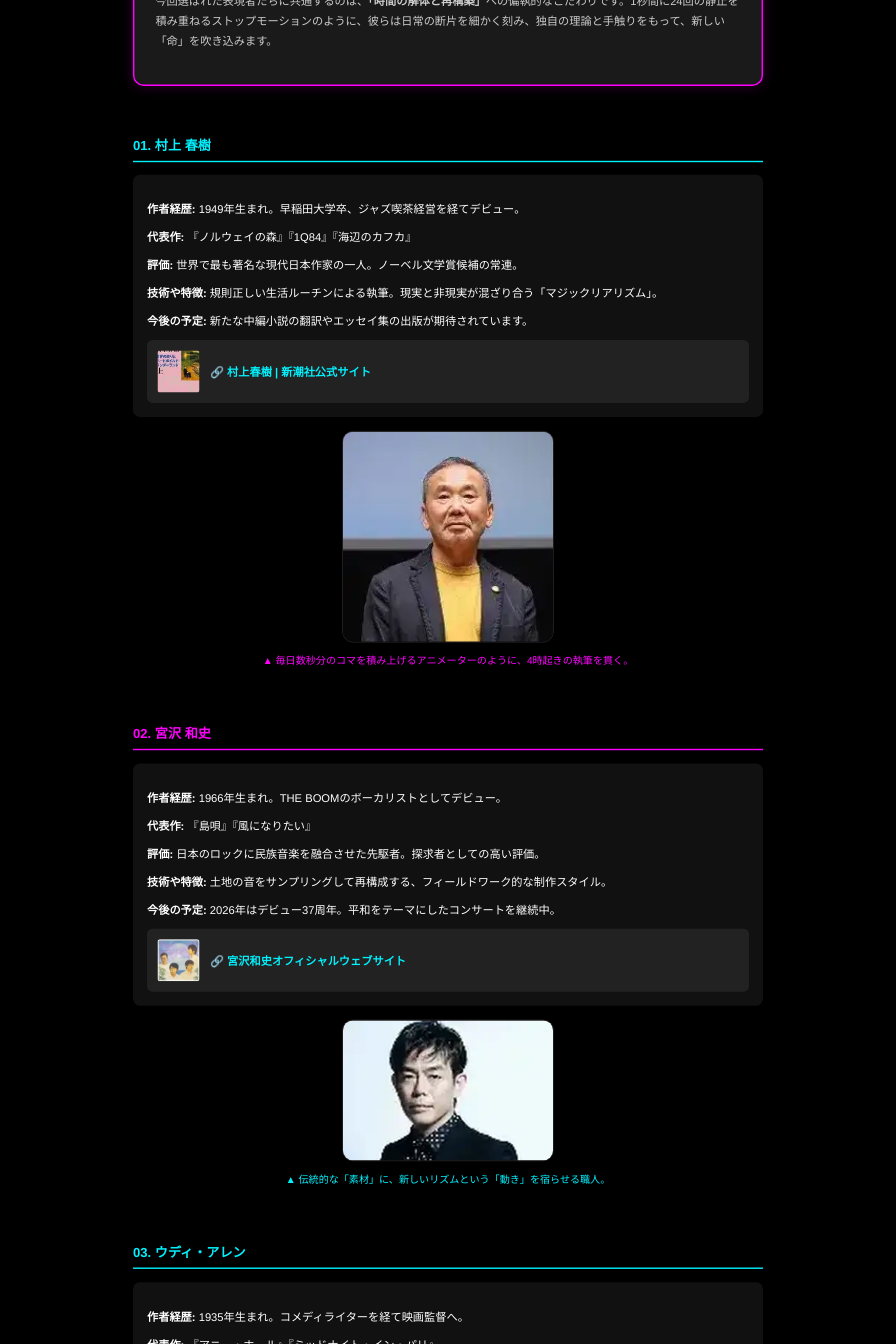
Repository: hamagoro/my-animation-site
Page: episodes/vol12.html
An editor plug-in stored every save of this project. The page is shown before and after the next save, followed by the edit.
The browser window is 1280 px wide. The pictures show the part of the page from y = 1064 to 2984 px (the page is 8245 px tall before and 8649 px after), at 70% of full size.

Above is the page before, as saved 2026-02-01 08:39:00.

### episodes/vol12.html
<!DOCTYPE html>
<html lang="ja">
<head>
    <meta charset="UTF-8">
    <meta name="viewport" content="width=device-width, initial-scale=1.0">

    <meta property="og:title" content="vol.12 ストップモーションの精神と通じる表現者たち">
    <meta property="og:description" content="村上春樹から村田沙也加まで。物質を刻み、命を偽造する『職人』たちの共通点。">
    <meta property="og:type" content="article">
    <meta property="og:url" content="https://hamagoro.github.io/my-animation-site/episodes/vol12.html">
    <meta property="og:image" content="https://hamagoro.github.io/my-animation-site/images/vol12/main-visual.webp">
    <meta property="og:site_name" content="ストップモーションアニメ通信">
    <link rel="icon" href="../images/logo2.webp" type="image/webp">

    <title>vol.12 表現者たちのコマ撮り精神 - ストップモーションアニメ通信</title>
    <link rel="stylesheet" href="../style.css">
</head>
<body style="background-color: #000; color: #fff;">

    <header class="main-header">
        <img src="../images/logo.webp" alt="The Animeda! Project" class="header-logo">
        <h1 class="header-title">ストップモーションアニメ通信</h1>
        <p class="header-subtitle">物質と魂が交差する、1fpsのアーカイブ</p>
    </header>

    <nav style="padding: 10px; display: flex; justify-content: space-between; font-weight: bold; max-width: 900px; margin: 0 auto; border-bottom: 1px solid #333; font-size: 0.8rem;">
        <a href="../index.html" style="color: #00f2ff; text-decoration: none;">← BACK TO INDEX</a>
        <div>
            <a href="vol11.html" style="color: #ff00ff; text-decoration: none; margin-right: 10px; white-space: nowrap;">← 前のVol.11へ</a>
            <a href="vol13.html" style="color: #ff00ff; text-decoration: none; white-space: nowrap;">次のVol.13へ →</a>
        </div>
    </nav>

    <article class="episode-container" style="max-width: 900px; margin: 0 auto; padding: 40px; text-align: left;">

        <header class="episode-header" style="margin-bottom: 60px;">
            <p style="color: #ff00ff; margin-bottom: 5px; font-weight: bold;">Vol.12 / The Creators' Spirit Special</p>
            <h2 style="font-size: 2.5rem; border-left: 8px solid #00f2ff; padding-left: 20px; line-height: 1.2; text-shadow: 0 0 10px rgba(0,242,255,0.5);">
                ストップモーションの精神と<br>通じる表現者たち
            </h2>
            <p class="date" style="margin-top: 15px; color: #888;">2026.01.25 UP</p>
        </header>

    <div style="margin-bottom: 40px; padding: 20px; background: #111; border-radius: 10px; font-size: 0.9rem; color: #ccc; line-height: 1.6; border: 1px solid #00f2ff;">
        <p style="margin: 0;"><strong>収録人物：</strong><br>
        【日本】村上春樹、宮沢和史、の子、マキシマムザ亮君、平田オリザ、宇多丸<br>
        【アメリカ】ウディ・アレン</p>
    </div>

        <section class="top-link-area" style="margin-bottom: 70px; padding: 30px; background: #1a1a1a; border-radius: 15px; border: 2px solid #ff00ff; box-shadow: 0 0 20px rgba(255, 0, 255, 0.2);">
            <h3 style="color: #ff00ff; margin-top: 0;">🤖 Gemini Analysis：共通する「コマ撮り」的狂気</h3>
            <p style="line-height: 1.8; color: #ccc;">
                今回選ばれた表現者たちに共通するのは、<strong>「時間の解体と再構築」</strong>への偏執的なこだわりです。1秒間に24回の静止を積み重ねるストップモーションのように、彼らは日常の断片を細かく刻み、独自の理論と手触りをもって、新しい「命」を吹き込みます。
            </p>
        </section>

        <section style="margin-bottom: 80px;">
            <h3 style="color: #00f2ff; border-bottom: 2px solid #00f2ff; padding-bottom: 10px;">01. 村上 春樹</h3>
            <div style="background: #111; padding: 20px; border-radius: 10px; margin-bottom: 20px;">
                <p><strong>作者経歴:</strong> 1949年生まれ。早稲田大学卒、ジャズ喫茶経営を経てデビュー。</p>
                <p><strong>代表作:</strong> 『ノルウェイの森』『1Q84』『海辺のカフカ』</p>
                <p><strong>評価:</strong> 世界で最も著名な現代日本作家の一人。ノーベル文学賞候補の常連。</p>
                <p><strong>技術や特徴:</strong> 規則正しい生活ルーチンによる執筆。現実と非現実が混ざり合う「マジックリアリズム」。</p>
                <p><strong>今後の予定:</strong> 新たな中編小説の翻訳やエッセイ集の出版が期待されています。</p>
                <a href="https://www.shinchosha.co.jp/harukimurakami/" target="_blank" style="display: flex; align-items: center; gap: 15px; text-decoration: none; background: #222; padding: 15px; border-radius: 8px; margin-top: 15px;">
                    <img src="../images/vol12/murakami1.webp" alt="thumb" style="width: 60px; height: 60px; object-fit: cover; border-radius: 4px;">
                    <span style="color: #00f2ff; font-weight: bold;">🔗 村上春樹 | 新潮社公式サイト</span>
                </a>
            </div>
            <div style="text-align: center;">
                <a href="https://www.shinchosha.co.jp/harukimurakami/" target="_blank">
                    <img src="../images/vol12/murakami.webp" alt="Haruki Murakami" style="width: 100%; max-width: 300px; border-radius: 15px; border: 1px solid #333;">
                </a>
                <p style="font-size: 0.9rem; color: #ff00ff; margin-top: 10px;">▲ 毎日数秒分のコマを積み上げるアニメーターのように、4時起きの執筆を貫く。</p>
            </div>
        </section>

        <section style="margin-bottom: 80px;">
            <h3 style="color: #ff00ff; border-bottom: 2px solid #ff00ff; padding-bottom: 10px;">02. 宮沢 和史</h3>
            <div style="background: #111; padding: 20px; border-radius: 10px; margin-bottom: 20px;">
                <p><strong>作者経歴:</strong> 1966年生まれ。THE BOOMのボーカリストとしてデビュー。</p>
                <p><strong>代表作:</strong> 『島唄』『風になりたい』</p>
                <p><strong>評価:</strong> 日本のロックに民族音楽を融合させた先駆者。探求者としての高い評価。</p>
                <p><strong>技術や特徴:</strong> 土地の音をサンプリングして再構成する、フィールドワーク的な制作スタイル。</p>
                <p><strong>今後の予定:</strong> 2026年はデビュー37周年。平和をテーマにしたコンサートを継続中。</p>
                <a href="https://www.miyazawa-kazufumi.jp/" target="_blank" style="display: flex; align-items: center; gap: 15px; text-decoration: none; background: #222; padding: 15px; border-radius: 8px; margin-top: 15px;">
                    <img src="../images/vol12/miyazawa1.webp" alt="thumb" style="width: 60px; height: 60px; object-fit: cover; border-radius: 4px;">
                    <span style="color: #00f2ff; font-weight: bold;">🔗 宮沢和史オフィシャルウェブサイト</span>
                </a>
            </div>
            <div style="text-align: center;">
                <a href="https://www.miyazawa-kazufumi.jp/" target="_blank">
                    <img src="../images/vol12/miyazawa.webp" alt="Kazufumi Miyazawa" style="width: 100%; max-width: 300px; border-radius: 15px; border: 1px solid #333;">
                </a>
                <p style="font-size: 0.9rem; color: #00f2ff; margin-top: 10px;">▲ 伝統的な「素材」に、新しいリズムという「動き」を宿らせる職人。</p>
            </div>
        </section>

        <section style="margin-bottom: 80px;">
            <h3 style="color: #00f2ff; border-bottom: 2px solid #00f2ff; padding-bottom: 10px;">03. ウディ・アレン</h3>
            <div style="background: #111; padding: 20px; border-radius: 10px; margin-bottom: 20px;">
                <p><strong>作者経歴:</strong> 1935年生まれ。コメディライターを経て映画監督へ。</p>
                <p><strong>代表作:</strong> 『アニー・ホール』『ミッドナイト・イン・パリ』</p>
                <p><strong>評価:</strong> 知的なユーモアと神経症的なキャラクター描写の巨匠。</p>
                <p><strong>技術や特徴:</strong> 毎年1本映画を撮り続ける多作さ。アナログな質感へのこだわり。</p>
                <p><strong>今後の予定:</strong> 引退説を否定しつつ、欧州での新作製作を模索中。</p>
                <a href="https://www.woodyallen.com/" target="_blank" style="display: flex; align-items: center; gap: 15px; text-decoration: none; background: #222; padding: 15px; border-radius: 8px; margin-top: 15px;">
                    <img src="../images/vol12/woody1.webp" alt="thumb" style="width: 60px; height: 60px; object-fit: cover; border-radius: 4px;">
                    <span style="color: #00f2ff; font-weight: bold;">🔗 Woody Allen Official Website</span>
                </a>
            </div>
            <div style="text-align: center;">
                <a href="https://www.woodyallen.com/" target="_blank">
                    <img src="../images/vol12/woody.webp" alt="Woody Allen" style="width: 100%; max-width: 300px; border-radius: 15px; border: 1px solid #333;">
                </a>
                <p style="font-size: 0.9rem; color: #ff00ff; margin-top: 10px;">▲ 街の風景を自身の妄想で「実写」として再構築する、ストップモーション的な統治力。</p>
            </div>
        </section>

        <section style="margin-bottom: 80px;">
            <h3 style="color: #ff00ff; border-bottom: 2px solid #ff00ff; padding-bottom: 10px;">04. の子</h3>
            <div style="background: #111; padding: 20px; border-radius: 10px; margin-bottom: 20px;">
                <p><strong>作者経歴:</strong> 千葉県出身。ニコニコ動画等でカルト的な人気を博し、2008年結成。</p>
                <p><strong>代表作:</strong> 『ロックンロールは鳴り止まないっ』『僕の戦争』</p>
                <p><strong>評価:</strong> ネット世代のカリスマ。衝動と繊細さが共存する表現力。</p>
                <p><strong>技術や特徴:</strong> 宅録と自作PVによるDIY精神。ノイズの美学。</p>
                <p><strong>今後の予定:</strong> ライブ配信を軸とした神出鬼没な活動を展開予定。</p>
                <div style="display: flex; flex-direction: column; gap: 10px; margin-top: 15px;">
                    <a href="https://shinseikamattechan.jp/" target="_blank" style="display: flex; align-items: center; gap: 15px; text-decoration: none; background: #222; padding: 15px; border-radius: 8px;">
                        <img src="../images/vol12/noko1.webp" alt="thumb" style="width: 60px; height: 60px; object-fit: cover; border-radius: 4px;">
                        <span style="color: #00f2ff; font-weight: bold;">🔗 神聖かまってちゃん オフィシャルサイト</span>
                    </a>
                    <a href="https://www.youtube.com/@shinseikamattechan" target="_blank" style="display: flex; align-items: center; gap: 15px; text-decoration: none; background: #222; padding: 15px; border-radius: 8px;">
                        <img src="../images/vol12/noko2.webp" alt="thumb" style="width: 60px; height: 60px; object-fit: cover; border-radius: 4px;">
                        <span style="color: #00f2ff; font-weight: bold;">🔗 神聖かまってちゃん | YouTube Official</span>
                    </a>
                    <a href="https://www.youtube.com/playlist?list=PLWgVECs_eNA6Zj9bQaFwRxPMbpbWAleFs" target="_blank" style="display: flex; align-items: center; gap: 15px; text-decoration: none; background: #222; padding: 15px; border-radius: 8px;">
                        <img src="../images/vol12/noko3.webp" alt="thumb" style="width: 60px; height: 60px; object-fit: cover; border-radius: 4px;">
                        <span style="color: #00f2ff; font-weight: bold;">🔗 YouTubeプレイリスト：ライブ映像集</span>
                    </a>
                    <a href="https://www.youtube.com/playlist?list=PLWgVECs_eNA53GV0CV9d9uzcqQiW4m1GX" target="_blank" style="display: flex; align-items: center; gap: 15px; text-decoration: none; background: #222; padding: 15px; border-radius: 8px;">
                        <img src="../images/vol12/noko4.webp" alt="thumb" style="width: 60px; height: 60px; object-fit: cover; border-radius: 4px;">
                        <span style="color: #00f2ff; font-weight: bold;">🔗 YouTubeプレイリスト：Music Videos</span>
                    </a>
                </div>
            </div>
            <div style="text-align: center;">
                <a href="https://shinseikamattechan.jp/" target="_blank">
                    <img src="../images/vol12/noko.webp" alt="Noko" style="width: 100%; max-width: 300px; border-radius: 15px; border: 1px solid #333;">
                </a>
                <p style="font-size: 0.9rem; color: #00f2ff; margin-top: 10px;">▲ 部屋にあるものすべてを「具材」にするDIY精神。ガラクタに命を吹き込む行為。</p>
            </div>
        </section>

        <section style="margin-bottom: 80px;">
            <h3 style="color: #00f2ff; border-bottom: 2px solid #00f2ff; padding-bottom: 10px;">05. マキシマムザ亮君</h3>
            <div style="background: #111; padding: 20px; border-radius: 10px; margin-bottom: 20px;">
                <p><strong>作者経歴:</strong> マキシマム ザ ホルモンの全ての楽曲を手掛ける司令塔。</p>
                <p><strong>代表作:</strong> 『恋のメガラバ』『予襲復讐』</p>
                <p><strong>評価:</strong> 徹底したセルフプロデュース力と、複雑な仕掛けを持つ楽曲構成。</p>
                <p><strong>技術や特徴:</strong> 歌詞カードの注釈まで含めたトータルアート。音と視覚の完全同期。</p>
                <p><strong>今後の予定:</strong> 2026年、新曲と共に新たな「体験型」企画を準備中。</p>
                <div style="display: flex; flex-direction: column; gap: 10px; margin-top: 15px;">
                    <a href="https://www.55mth.com/" target="_blank" style="display: flex; align-items: center; gap: 15px; text-decoration: none; background: #222; padding: 15px; border-radius: 8px;">
                        <img src="../images/vol12/ryokun1.webp" alt="thumb" style="width: 60px; height: 60px; object-fit: cover; border-radius: 4px;">
                        <span style="color: #00f2ff; font-weight: bold;">🔗 マキシマム ザ ホルモン Official Site</span>
                    </a>
                    <a href="https://www.youtube.com/@MTHOFFICIAL" target="_blank" style="display: flex; align-items: center; gap: 15px; text-decoration: none; background: #222; padding: 15px; border-radius: 8px;">
                        <img src="../images/vol12/ryokun2.webp" alt="thumb" style="width: 60px; height: 60px; object-fit: cover; border-radius: 4px;">
                        <span style="color: #00f2ff; font-weight: bold;">🔗 マキシマム ザ ホルモン | YouTube Official</span>
                    </a>
                </div>
            </div>
            <div style="text-align: center;">
                <a href="https://www.55mth.com/" target="_blank">
                    <img src="../images/vol12/ryokun.webp" alt="Maximum the Ryo-kun" style="width: 100%; max-width: 300px; border-radius: 15px; border: 1px solid #333;">
                </a>
                <p style="font-size: 0.9rem; color: #ff00ff; margin-top: 10px;">▲ 全てのコマに隠し味を仕込むような執念。彼の脳内は常にコマ撮り状態。</p>
            </div>
        </section>

        <section style="margin-bottom: 80px;">
            <h3 style="color: #ff00ff; border-bottom: 2px solid #ff00ff; padding-bottom: 10px;">06. 平田 オリザ</h3>
            <div style="background: #111; padding: 20px; border-radius: 10px; margin-bottom: 20px;">
                <p><strong>作者経歴:</strong> 1962年生まれ。劇団「青年団」主宰。</p>
                <p><strong>代表作:</strong> 『東京ノート』『さよならだけが人生か』</p>
                <p><strong>評価:</strong> 「現代口語演劇理論」を確立。日本演劇界の構造を書き換えた。</p>
                <p><strong>技術や特徴:</strong> 微細な「間」や「言い淀み」を楽譜のように指示する緻密な演出。</p>
                <p><strong>今後の予定:</strong> 豊岡市（兵庫県）を拠点とした教育・芸術活動を加速。</p>
                <a href="http://www.seinendan.org/" target="_blank" style="display: flex; align-items: center; gap: 15px; text-decoration: none; background: #222; padding: 15px; border-radius: 8px; margin-top: 15px;">
                    <img src="../images/vol12/oriza1.webp" alt="thumb" style="width: 60px; height: 60px; object-fit: cover; border-radius: 4px;">
                    <span style="color: #00f2ff; font-weight: bold;">🔗 青年団公式ホームページ</span>
                </a>
            </div>
            <div style="text-align: center;">
                <a href="http://www.seinendan.org/" target="_blank">
                    <img src="../images/vol12/oriza.webp" alt="Oriza Hirata" style="width: 100%; max-width: 300px; border-radius: 15px; border: 1px solid #333;">
                </a>
                <p style="font-size: 0.9rem; color: #00f2ff; margin-top: 10px;">▲ 「0.1秒の間」を調整する演出は、ストップモーションのタイミング調整そのもの。</p>
            </div>
        </section>

        <section style="margin-bottom: 80px;">
            <h3 style="color: #00f2ff; border-bottom: 2px solid #00f2ff; padding-bottom: 10px;">07. 宇多丸</h3>
            <div style="background: #111; padding: 20px; border-radius: 10px; margin-bottom: 20px;">
                <p><strong>作者経歴:</strong> 1969年生まれ。RHYMESTERのラッパーであり、映画評論家。</p>
                <p><strong>代表作:</strong> 『B-BOYイズム』、ラジオ番組『アフター6ジャンクション 2』</p>
                <p><strong>評価:</strong> ポップカルチャーへの深い洞察と、構造的な批評眼による信頼感。</p>
                <p><strong>技術や特徴:</strong> 歴史的文脈を重んじ、それを現代のスキルで構築するアーカイブ能力。</p>
                <p><strong>今後の予定:</strong> ラジオと音楽を通じ、文化を「コマ送り」で分析し続けます。</p>
                <a href="https://www.rhymester.jp/" target="_blank" style="display: flex; align-items: center; gap: 15px; text-decoration: none; background: #222; padding: 15px; border-radius: 8px; margin-top: 15px;">
                    <img src="../images/vol12/utamaru2.webp" alt="thumb" style="width: 60px; height: 60px; object-fit: cover; border-radius: 4px;">
                    <span style="color: #00f2ff; font-weight: bold;">🔗 RHYMESTER Official Site</span>
                </a>
            </div>
            <div style="text-align: center;">
                <a href="https://www.rhymester.jp/" target="_blank">
                    <img src="../images/vol12/utamaru.webp" alt="Utamaru" style="width: 100%; max-width: 300px; border-radius: 15px; border: 1px solid #333;">
                </a>
                <p style="font-size: 0.9rem; color: #ff00ff; margin-top: 10px;">▲ 1カットを徹底的に分解するその視点は、静止画の連続性を愛する者の眼差し。</p>
            </div>
        </section>

        <section style="margin: 60px 0; padding: 30px; background: #1a1a1a; border-radius: 20px; border: 1px dashed #00f2ff;">
            <h4 style="margin: 0; color: #00f2ff; font-size: 1.4rem;">🔍 Animeda! 視点：静止画の集積が「意志」になる</h4>
            <p style="font-size: 1rem; margin-top: 15px; line-height: 2; color: #ccc;">
                ストップモーションは、1コマ（静止）という「死」を繋ぎ合わせて「生」を作る作業。村上春樹のルーチン、宇多丸の批評、亮君の注釈……それらもまた、膨大な「静止した思考」の集積です。AIが滑らかに正解を導き出す時代だからこそ、この職人的な「カクつき」と「執念」に、私たちは人間らしさを感じるのかもしれません。
            </p>
        </section>

    </article>

    <nav style="padding: 40px 10px; display: flex; justify-content: space-between; font-weight: bold; max-width: 900px; margin: 0 auto; border-top: 1px solid #333; font-size: 0.8rem;">
        <a href="../index.html" style="color: #00f2ff; text-decoration: none;">← BACK TO INDEX</a>
        <div>
            <a href="vol11.html" style="color: #ff00ff; text-decoration: none; margin-right: 10px; white-space: nowrap;">← 前のVol.11へ</a>
            <a href="vol13.html" style="color: #ff00ff; text-decoration: none; white-space: nowrap;">次のVol.13へ →</a>
        </div>
    </nav>

    <footer class="main-footer" style="padding: 80px 20px; text-align: center; border-top: 4px solid #ff00ff; background: #000;">
        <img src="../images/logo.webp" alt="Logo" class="footer-logo" style="max-width: 180px; margin-bottom: 20px;">
        <p class="footer-credit" style="color: #00f2ff; font-weight: 900;">© 2026 The Animeda! Project</p>
    </footer>

</body>
</html>

Loaded but not shown: style.css (70 lines, source omitted)

After the next save:
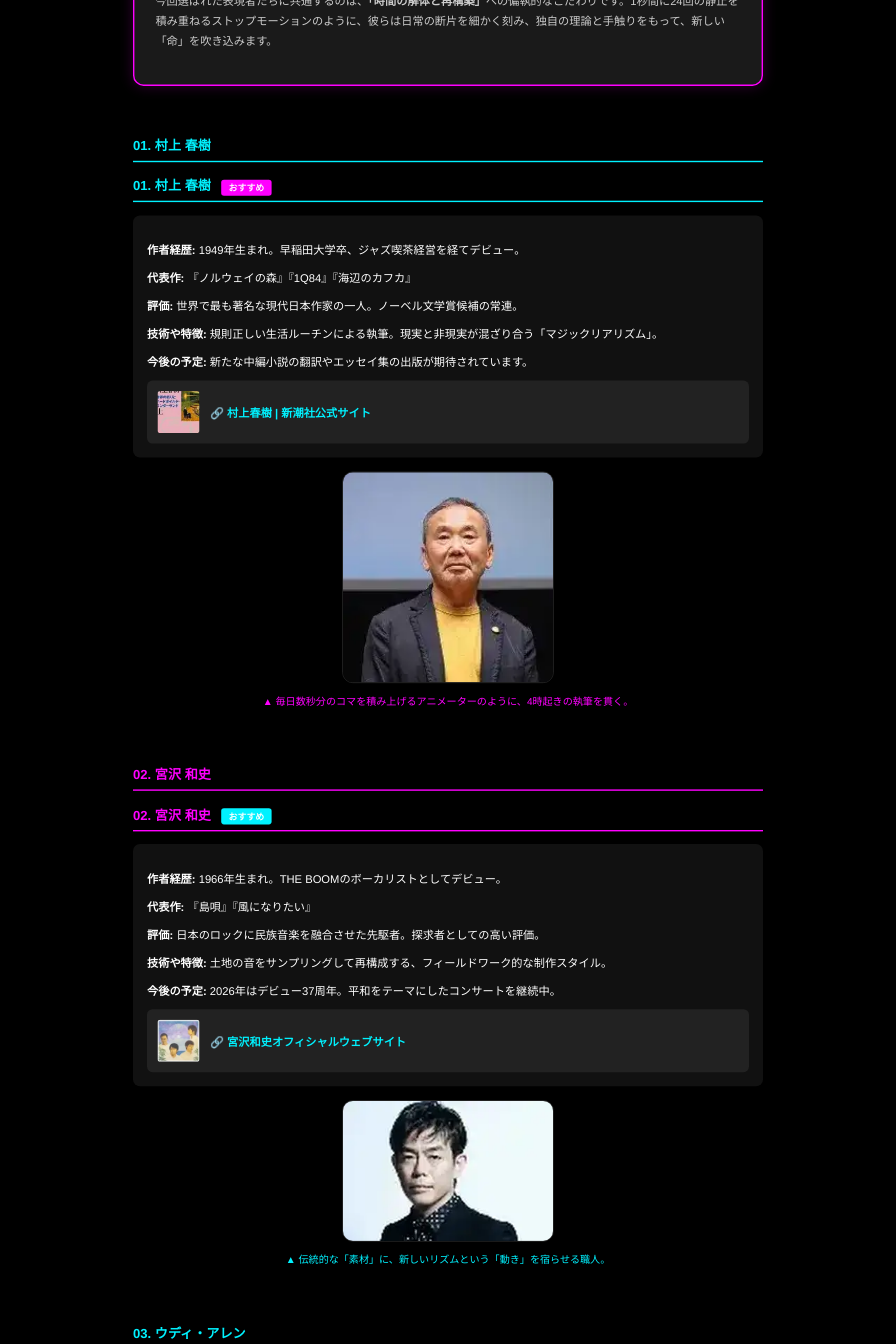
Saved 2 min 19 s later.
--- a/episodes/vol12.html
+++ b/episodes/vol12.html
@@ -56,6 +56,7 @@
 
         <section style="margin-bottom: 80px;">
             <h3 style="color: #00f2ff; border-bottom: 2px solid #00f2ff; padding-bottom: 10px;">01. 村上 春樹</h3>
+            <h3 style="color: #00f2ff; border-bottom: 2px solid #00f2ff; padding-bottom: 10px;">01. 村上 春樹 <a href="vol12-osusu.html#murakami" style="background: #ff00ff; font-size: 0.8rem; padding: 4px 10px; border-radius: 4px; color: #fff; text-decoration: none; margin-left: 10px; vertical-align: middle;">おすすめ</a></h3>
             <div style="background: #111; padding: 20px; border-radius: 10px; margin-bottom: 20px;">
                 <p><strong>作者経歴:</strong> 1949年生まれ。早稲田大学卒、ジャズ喫茶経営を経てデビュー。</p>
                 <p><strong>代表作:</strong> 『ノルウェイの森』『1Q84』『海辺のカフカ』</p>
@@ -77,6 +78,7 @@
 
         <section style="margin-bottom: 80px;">
             <h3 style="color: #ff00ff; border-bottom: 2px solid #ff00ff; padding-bottom: 10px;">02. 宮沢 和史</h3>
+            <h3 style="color: #ff00ff; border-bottom: 2px solid #ff00ff; padding-bottom: 10px;">02. 宮沢 和史 <a href="vol12-osusu.html#miyazawa" style="background: #00f2ff; font-size: 0.8rem; padding: 4px 10px; border-radius: 4px; color: #fff; text-decoration: none; margin-left: 10px; vertical-align: middle;">おすすめ</a></h3>
             <div style="background: #111; padding: 20px; border-radius: 10px; margin-bottom: 20px;">
                 <p><strong>作者経歴:</strong> 1966年生まれ。THE BOOMのボーカリストとしてデビュー。</p>
                 <p><strong>代表作:</strong> 『島唄』『風になりたい』</p>
@@ -98,6 +100,7 @@
 
         <section style="margin-bottom: 80px;">
             <h3 style="color: #00f2ff; border-bottom: 2px solid #00f2ff; padding-bottom: 10px;">03. ウディ・アレン</h3>
+            <h3 style="color: #00f2ff; border-bottom: 2px solid #00f2ff; padding-bottom: 10px;">03. ウディ・アレン <a href="vol12-osusu.html#woody" style="background: #ff00ff; font-size: 0.8rem; padding: 4px 10px; border-radius: 4px; color: #fff; text-decoration: none; margin-left: 10px; vertical-align: middle;">おすすめ</a></h3>
             <div style="background: #111; padding: 20px; border-radius: 10px; margin-bottom: 20px;">
                 <p><strong>作者経歴:</strong> 1935年生まれ。コメディライターを経て映画監督へ。</p>
                 <p><strong>代表作:</strong> 『アニー・ホール』『ミッドナイト・イン・パリ』</p>
@@ -119,6 +122,7 @@
 
         <section style="margin-bottom: 80px;">
             <h3 style="color: #ff00ff; border-bottom: 2px solid #ff00ff; padding-bottom: 10px;">04. の子</h3>
+            <h3 style="color: #ff00ff; border-bottom: 2px solid #ff00ff; padding-bottom: 10px;">04. の子 <a href="vol12-osusu.html#noko" style="background: #00f2ff; font-size: 0.8rem; padding: 4px 10px; border-radius: 4px; color: #fff; text-decoration: none; margin-left: 10px; vertical-align: middle;">おすすめ</a></h3>
             <div style="background: #111; padding: 20px; border-radius: 10px; margin-bottom: 20px;">
                 <p><strong>作者経歴:</strong> 千葉県出身。ニコニコ動画等でカルト的な人気を博し、2008年結成。</p>
                 <p><strong>代表作:</strong> 『ロックンロールは鳴り止まないっ』『僕の戦争』</p>
@@ -154,6 +158,7 @@
 
         <section style="margin-bottom: 80px;">
             <h3 style="color: #00f2ff; border-bottom: 2px solid #00f2ff; padding-bottom: 10px;">05. マキシマムザ亮君</h3>
+            <h3 style="color: #00f2ff; border-bottom: 2px solid #00f2ff; padding-bottom: 10px;">05. マキシマムザ亮君 <a href="vol12-osusu.html#ryokun" style="background: #ff00ff; font-size: 0.8rem; padding: 4px 10px; border-radius: 4px; color: #fff; text-decoration: none; margin-left: 10px; vertical-align: middle;">おすすめ</a></h3>
             <div style="background: #111; padding: 20px; border-radius: 10px; margin-bottom: 20px;">
                 <p><strong>作者経歴:</strong> マキシマム ザ ホルモンの全ての楽曲を手掛ける司令塔。</p>
                 <p><strong>代表作:</strong> 『恋のメガラバ』『予襲復讐』</p>
@@ -181,6 +186,7 @@
 
         <section style="margin-bottom: 80px;">
             <h3 style="color: #ff00ff; border-bottom: 2px solid #ff00ff; padding-bottom: 10px;">06. 平田 オリザ</h3>
+            <h3 style="color: #ff00ff; border-bottom: 2px solid #ff00ff; padding-bottom: 10px;">06. 平田 オリザ <a href="vol12-osusu.html#oriza" style="background: #00f2ff; font-size: 0.8rem; padding: 4px 10px; border-radius: 4px; color: #fff; text-decoration: none; margin-left: 10px; vertical-align: middle;">おすすめ</a></h3>
             <div style="background: #111; padding: 20px; border-radius: 10px; margin-bottom: 20px;">
                 <p><strong>作者経歴:</strong> 1962年生まれ。劇団「青年団」主宰。</p>
                 <p><strong>代表作:</strong> 『東京ノート』『さよならだけが人生か』</p>
@@ -202,6 +208,7 @@
 
         <section style="margin-bottom: 80px;">
             <h3 style="color: #00f2ff; border-bottom: 2px solid #00f2ff; padding-bottom: 10px;">07. 宇多丸</h3>
+            <h3 style="color: #00f2ff; border-bottom: 2px solid #00f2ff; padding-bottom: 10px;">07. 宇多丸 <a href="vol12-osusu.html#utamaru" style="background: #ff00ff; font-size: 0.8rem; padding: 4px 10px; border-radius: 4px; color: #fff; text-decoration: none; margin-left: 10px; vertical-align: middle;">おすすめ</a></h3>
             <div style="background: #111; padding: 20px; border-radius: 10px; margin-bottom: 20px;">
                 <p><strong>作者経歴:</strong> 1969年生まれ。RHYMESTERのラッパーであり、映画評論家。</p>
                 <p><strong>代表作:</strong> 『B-BOYイズム』、ラジオ番組『アフター6ジャンクション 2』</p>
